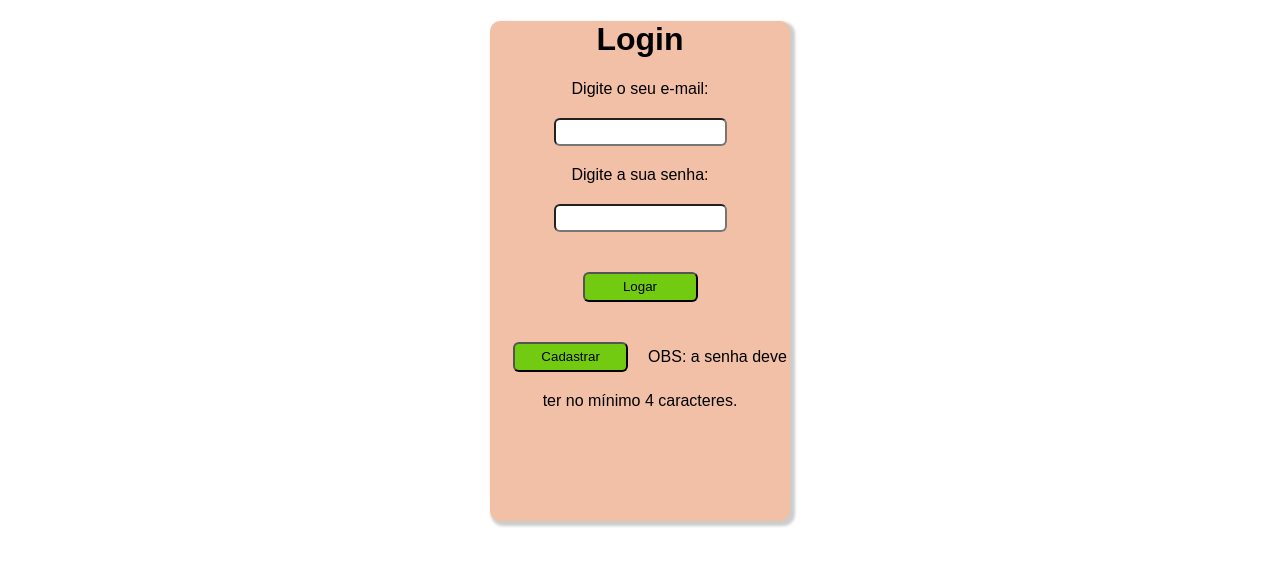
Repository: leviviana21/Java-web-login
Page: http://localhost/conexao_bd/
The author's editor kept a copy of each file at every save. The page is drawn from the files as they stood at one save, then again after the next save.
The browser window is 1280 px wide. The pictures show the whole page.
The page is served by Tomcat 9. Other server files are loaded and not shown.

Above is the page before, as saved 2025-06-19 23:20:17.

### conexao_bd/src/main/webapp/index.jsp
<%@ page language="java" contentType="text/html; charset=UTF-8"
    pageEncoding="UTF-8"%>
<!DOCTYPE html>
<html>
<head>
<meta charset="UTF-8">
<title>Insert title here</title>
<link rel="stylesheet" href="style.css">
</head>
<body>

<div class="container">
	<form action="auth" method="post">
        <h1>Login</h1>
        <label>Digite o seu e-mail: </label>
        <input type="email" name="txtEmail" class="emailsenha" >
        <br>
        <label>Digite a sua senha: </label>
        <input type="password" name="txtSenha" class="emailsenha" >
        <br>
        <input type="submit" value="Logar" class="botao-login">
        <input type="submit" value="Cadastrar" class="botao-login"
        <p>OBS: a senha deve ter no mínimo 4 caracteres.</p>
        <%
			if(request.getAttribute("error") != null){
		%>
		<p class="aviso-erro"><% out.print(request.getAttribute("msg").toString()); %></p>
		<%
			}
		%>
    </form>
</div>
</body>
</html>

### conexao_bd/src/main/webapp/style.css
@charset "UTF-8";

form {
	text-align: center;
	font-family: arial;
}
.emailsenha {
	margin: 20px;
    border-radius: 6px;
    width: 165px;
    height: 22px;
}
.container {
	text-align: center;
	background-color: #F2BFA7;
	border-radius: 10px;
	height: 500px;
	margin: auto;
	width: 300px;
	box-shadow: 3px 3px 3px 2px rgba(0.2, 0.2, 0.2, 0.2);
}

.botao-login {
	border-radius: 6px;
    width: 115px;
    height: 30px;
    margin: 20px;
    background-color: #72cb10;
}
.Mensagem-Sucesso {
	text-align: center;
	font-family: arial;
}
.aviso-erro {
	color: red;
	font-weight: bold;
}

After the next save:
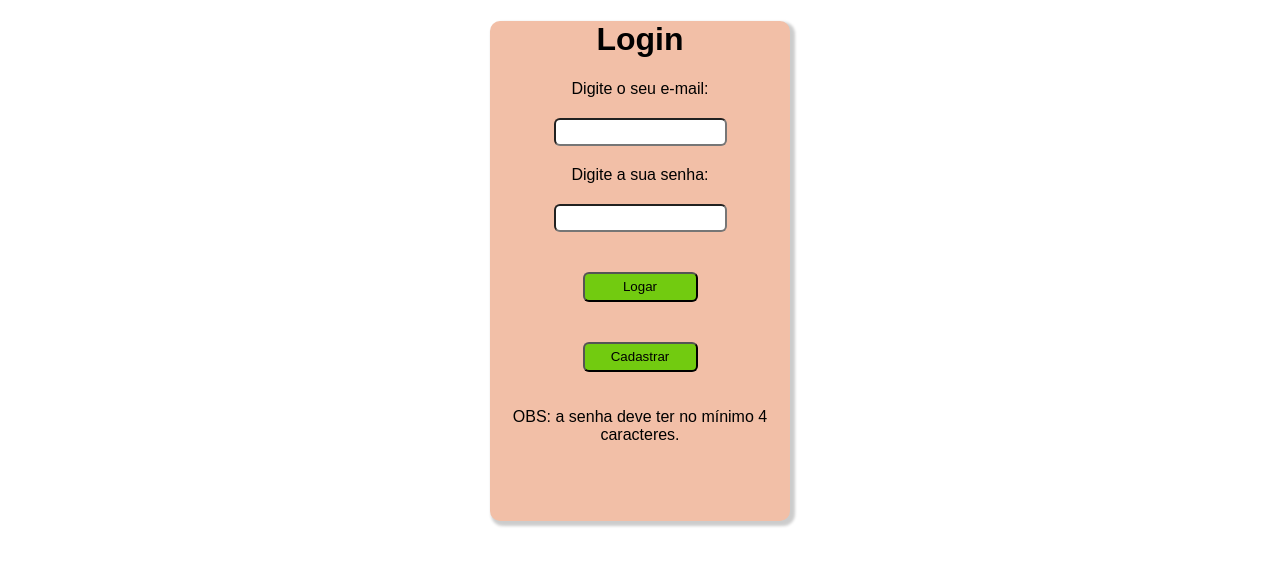
Saved 5 s later.
--- a/conexao_bd/src/main/webapp/index.jsp
+++ b/conexao_bd/src/main/webapp/index.jsp
@@ -19,7 +19,7 @@
         <input type="password" name="txtSenha" class="emailsenha" >
         <br>
         <input type="submit" value="Logar" class="botao-login">
-        <input type="submit" value="Cadastrar" class="botao-login"
+        <input type="submit" value="Cadastrar" class="botao-login">
         <p>OBS: a senha deve ter no mínimo 4 caracteres.</p>
         <%
 			if(request.getAttribute("error") != null){
